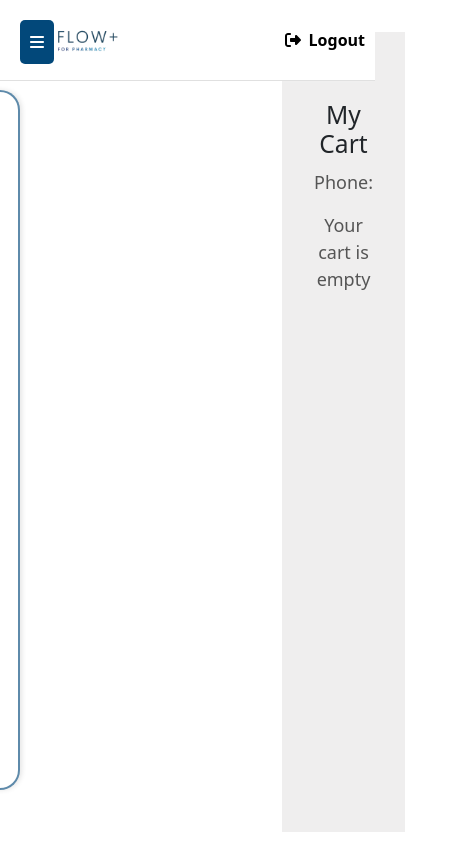
Repository: bindukabusara/Frontend
Page: /card
An editor plug-in stored every save of this project. The page is shown before and after the next save, followed by the edit.
The browser window is 375 px wide. The page is 437 px wide, then 473 px, so the pictures cover 473 px, including what lies to the right of the window. The pictures show the whole page.
The page's requests for data from a server got no answer. The project was rebuilt for these pictures with package versions that can differ from the ones it lists, and the page was loaded fresh each time. No one was signed in, and anything a server would have sent is missing. Also part of the build but not shown: vite.config.js, src/components/Home.jsx, src/components/authentification/Signup.css, src/components/authentification/Signup.jsx, src/components/authentification/Login.jsx, src/components/Pharmacy/Sidebar/Sidebar.jsx, src/components/Pharmacy/Sidebar/Navbar.jsx, src/components/Content/Dashboard.jsx and 11 more.

Above is the page before, as saved 2025-03-25 17:56:31.

After the next save:
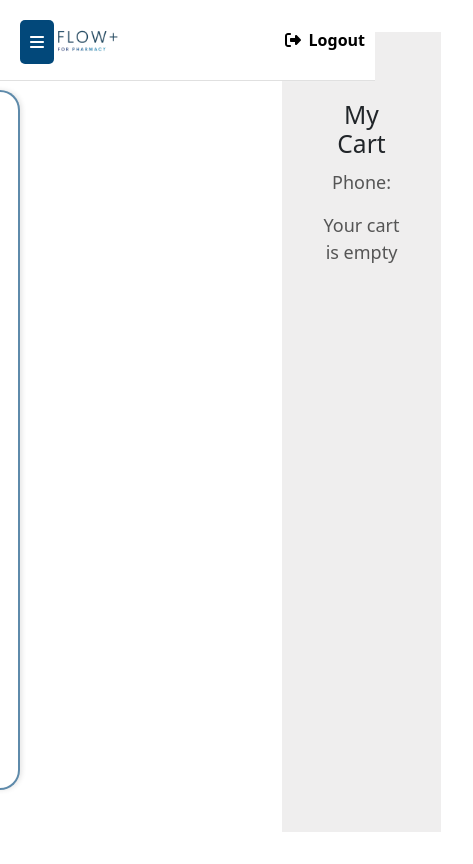
Saved 104 min 26 s later.
--- a/src/componentp/contents/Orders.css
+++ b/src/componentp/contents/Orders.css
@@ -228,23 +228,33 @@ h2 {
   }
 }
 
+/* Update your existing media query for small devices */
 @media (max-width: 576px) {
+  .main-content {
+    padding-left: 0;
+    padding-right: 0;
+    margin-left: 0;
+  }
+
+  .container {
+    padding-left: 15px;
+    padding-right: 15px;
+  }
+
   .med-card {
-    width: 100%;
-    height: auto;
-  }
-
-  .cart-controls button {
-    font-size: 14px;
-    width: 25px;
-    height: 25px;
+    border-radius: 0;
+    margin-bottom: 10px;
+    box-shadow: none;
+    border-bottom: 1px solid #eee;
   }
 
   .user-info {
-    text-align: center;
+    padding-left: 15px;
+    padding-right: 15px;
   }
 
   .search-bar {
-    margin-bottom: 15px;
-  }
-}
+    padding-left: 15px;
+    padding-right: 15px;
+  }
+}
